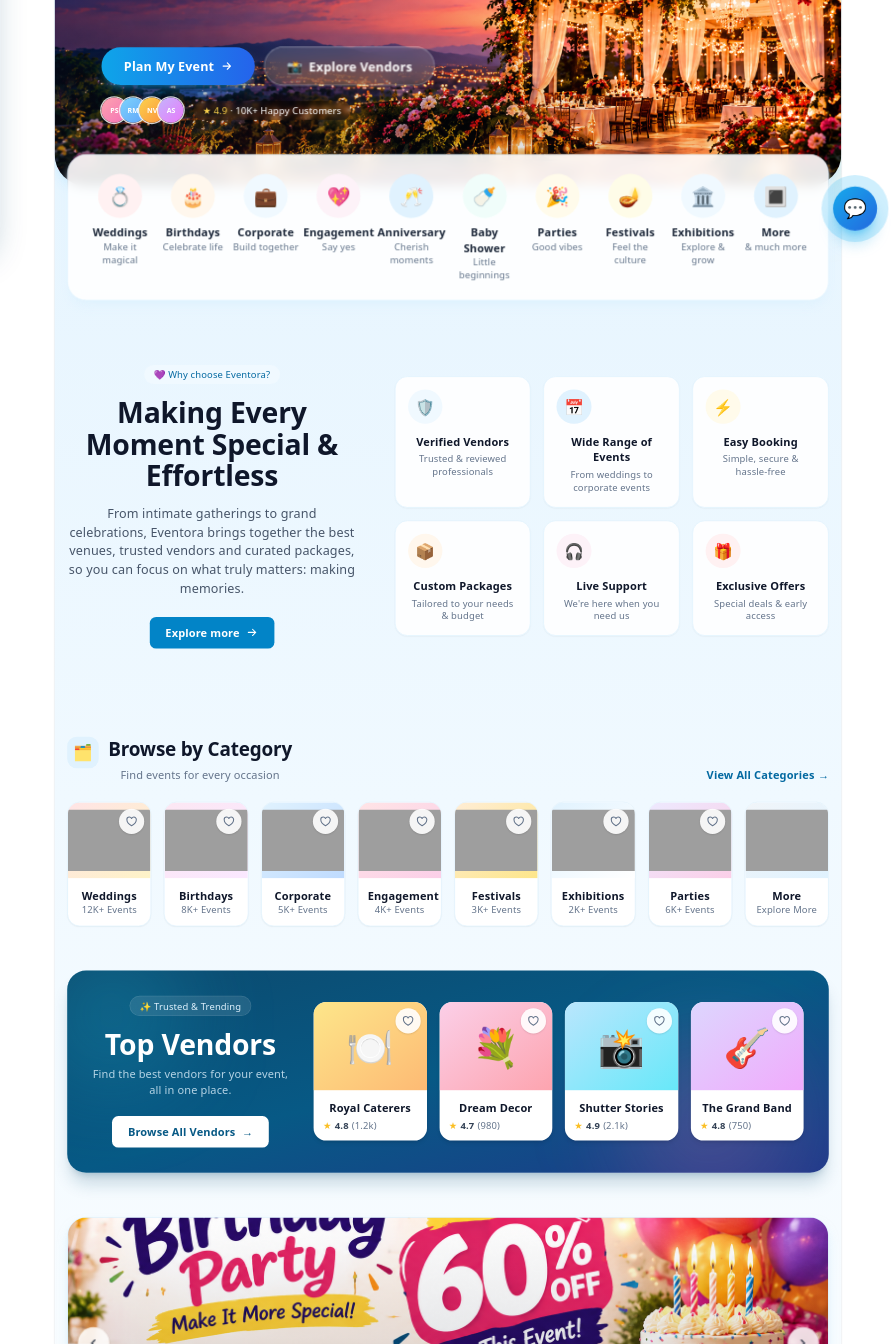
Repository: piyush-2416/Events_Handler
Page: / (app in frontend/)
An editor plug-in stored every save of this project. The page is shown before and after the next save, followed by the edit.
The browser window is 1280 px wide. The pictures show the part of the page from y = 368 to 2288 px (the page is 7429 px tall before and 4407 px after), at 70% of full size.
Pictures or frames that could not be fetched are drawn as grey boxes. The page's requests for data from a server got no answer. Some web libraries are served in a nearby version. The project was rebuilt for these pictures with package versions that can differ from the ones it lists, and the page was loaded fresh each time. No one was signed in, and anything a server would have sent is missing. Also part of the build but not shown: frontend/vite.config.js.

Above is the page before, as saved 2026-10-14 10:38:59.

### frontend/index.html
<!doctype html>
<html lang="en">
  <head>
    <meta charset="UTF-8" />
    <link rel="icon" type="image/svg+xml" href="/favicon.svg" />
    <meta name="viewport" content="width=device-width, initial-scale=1.0" />
    <title>Event_Handler</title>
  </head>
  <body>
    <div id="root"></div>
        <script src="https://cdn.tailwindcss.com"></script>

    <script type="module" src="/src/main.jsx"></script>
  </body>
</html>

### frontend/src/main.jsx
// import { StrictMode } from 'react'
// import { createRoot } from 'react-dom/client'
// import './index.css'
// import App from './App.jsx'

// createRoot(document.getElementById('root')).render(
//   <StrictMode>
//     <App />
//   </StrictMode>,
// )
import { StrictMode } from "react";
import { createRoot } from "react-dom/client";
import "./index.css";
import App from "./App.jsx";

createRoot(document.getElementById("root")).render(
  <StrictMode>
    <App />
  </StrictMode>
);

### frontend/src/index.css
:root {
  --text: #6b6375;
  --text-h: #08060d;
  --bg: #fff;
  --border: #e5e4e7;
  --code-bg: #f4f3ec;
  --accent: #aa3bff;
  --accent-bg: rgba(170, 59, 255, 0.1);
  --accent-border: rgba(170, 59, 255, 0.5);
  --social-bg: rgba(244, 243, 236, 0.5);
  --shadow:
    rgba(0, 0, 0, 0.1) 0 10px 15px -3px, rgba(0, 0, 0, 0.05) 0 4px 6px -2px;

  --sans: system-ui, 'Segoe UI', Roboto, sans-serif;
  --heading: system-ui, 'Segoe UI', Roboto, sans-serif;
  --mono: ui-monospace, Consolas, monospace;

  font: 18px/145% var(--sans);
  letter-spacing: 0.18px;
  color-scheme: light dark;
  color: var(--text);
  background: var(--bg);
  font-synthesis: none;
  text-rendering: optimizeLegibility;
  -webkit-font-smoothing: antialiased;
  -moz-osx-font-smoothing: grayscale;

  @media (max-width: 1024px) {
    font-size: 16px;
  }
}

@media (prefers-color-scheme: dark) {
  :root {
    --text: #9ca3af;
    --text-h: #f3f4f6;
    --bg: #16171d;
    --border: #2e303a;
    --code-bg: #1f2028;
    --accent: #c084fc;
    --accent-bg: rgba(192, 132, 252, 0.15);
    --accent-border: rgba(192, 132, 252, 0.5);
    --social-bg: rgba(47, 48, 58, 0.5);
    --shadow:
      rgba(0, 0, 0, 0.4) 0 10px 15px -3px, rgba(0, 0, 0, 0.25) 0 4px 6px -2px;
  }

  #social .button-icon {
    filter: invert(1) brightness(2);
  }
}

body {
  margin: 0;
}

#root {
  width: 1126px;
  max-width: 100%;
  margin: 0 auto;
  text-align: center;
  border-inline: 1px solid var(--border);
  min-height: 100svh;
  display: flex;
  flex-direction: column;
  box-sizing: border-box;
}

h1,
h2 {
  font-family: var(--heading);
  font-weight: 500;
  color: var(--text-h);
}

h1 {
  font-size: 56px;
  letter-spacing: -1.68px;
  margin: 32px 0;
  @media (max-width: 1024px) {
    font-size: 36px;
    margin: 20px 0;
  }
}
h2 {
  font-size: 24px;
  line-height: 118%;
  letter-spacing: -0.24px;
  margin: 0 0 8px;
  @media (max-width: 1024px) {
    font-size: 20px;
  }
}
p {
  margin: 0;
}

code,
.counter {
  font-family: var(--mono);
  display: inline-flex;
  border-radius: 4px;
  color: var(--text-h);
}

code {
  font-size: 15px;
  line-height: 135%;
  padding: 4px 8px;
  background: var(--code-bg);
}

### frontend/src/App.jsx
import Navbar from "./Components/Navbar";
import Footer from "./Components/Footer";
import ChatBot from "./Components/Chatbot";
import Home from "./Pages/Home";
import Events from "./Events";
import { links } from "./data";
import { BrowserRouter, Routes, Route } from "react-router-dom";

export default function App() {
  return (
    <>
          <BrowserRouter>
        <Routes>
                  <Route path="/" element={<Home />} />{" "}
           <Route path="/Navbar" element={<Navbar />} />{" "}
               <Route path="/Navbar" element={<Home />} />{" "}
           <Route path="/Navbar" element={<Footer />} />{" "}
           <Route path="/Navbar" element={<ChatBot />} />{" "}
             <Route path="/Navbar" element={<Events />} />{" "}
           </Routes>      </BrowserRouter>

  <Navbar/>
  <Home/><ChatBot/><Events/><Footer/>
    </>
  );
}

### frontend/src/Components/Footer.jsx
import { useState } from "react";
import { links, categories } from "../data";

/* =====================================================================
   NEW: FOOTER (CTA card + 4 columns + bottom bar)
   ===================================================================== */

/* Social links: href mein apne asli profile links daal dena */
const svgProps = { className: "h-5 w-5", fill: "none", stroke: "currentColor", strokeWidth: "1.8", strokeLinecap: "round", strokeLinejoin: "round", viewBox: "0 0 24 24" };
const socials = [
  {
    name: "Instagram",
    href: "https://instagram.com/",
    icon: (
      <svg {...svgProps}>
        <rect x="3" y="3" width="18" height="18" rx="5" />
        <circle cx="12" cy="12" r="4" />
        <circle cx="17.5" cy="6.5" r="1" fill="currentColor" />
      </svg>
    ),
  },
  {
    name: "Facebook",
    href: "https://facebook.com/",
    icon: (
      <svg {...svgProps}>
        <path d="M18 2h-3a5 5 0 0 0-5 5v3H7v4h3v8h4v-8h3l1-4h-4V7a1 1 0 0 1 1-1h3z" />
      </svg>
    ),
  },
  {
    name: "YouTube",
    href: "https://youtube.com/",
    icon: (
      <svg {...svgProps}>
        <path d="M2.5 17a24.1 24.1 0 0 1 0-10 2 2 0 0 1 1.4-1.4 49.6 49.6 0 0 1 16.2 0A2 2 0 0 1 21.5 7a24.1 24.1 0 0 1 0 10 2 2 0 0 1-1.4 1.4 49.6 49.6 0 0 1-16.2 0A2 2 0 0 1 2.5 17" />
        <path d="m10 15 5-3-5-3z" />
      </svg>
    ),
  },
  {
    name: "X (Twitter)",
    href: "https://x.com/",
    icon: (
      <svg {...svgProps}>
        <path d="M22 4s-.7 2.1-2 3.4c1.6 10-9.4 17.3-18 11.6 2.2.1 4.4-.6 6-2C3 15.5.5 9.6 3 5c2.2 2.6 5.6 4.1 9 4-.9-4.2 4-6.6 7-3.8 1.1 0 3-1.2 3-1.2z" />
      </svg>
    ),
  },
  {
    name: "LinkedIn",
    href: "https://linkedin.com/",
    icon: (
      <svg {...svgProps}>
        <path d="M16 8a6 6 0 0 1 6 6v7h-4v-7a2 2 0 0 0-2-2 2 2 0 0 0-2 2v7h-4v-7a6 6 0 0 1 6-6z" />
        <rect x="2" y="9" width="4" height="12" />
        <circle cx="4" cy="4" r="2" />
      </svg>
    ),
  },
  {
    name: "WhatsApp",
    href: "https://wa.me/",
    icon: (
      <svg {...svgProps}>
        <path d="M7.9 20A9 9 0 1 0 4 16.1L2 22z" />
      </svg>
    ),
  },
];

/* ---------- FOOTER ---------- */
export default function Footer() {
  const [email, setEmail] = useState("");
  const [subscribed, setSubscribed] = useState(false);

  const subscribe = (e) => {
    e.preventDefault();
    if (!email.trim()) return;
    // TODO: yahan apni newsletter API call jodni hai
    setSubscribed(true);
    setEmail("");
  };

  const linkClass =
    "inline-block text-sm text-sky-100/75 transition hover:translate-x-1 hover:text-white focus:outline-none focus-visible:text-white focus-visible:underline";
  const headingClass = "text-xs font-semibold uppercase tracking-widest text-sky-200";

  return (
    <footer className="relative pt-10">
      {/* CTA card: upar se footer par thoda overlap karta hai */}


      {/* Dark footer body */}
      <div className="relative bg-gradient-to-br from-sky-900 via-sky-800 to-blue-900 rounded-t-[2.5rem] overflow-hidden text-white">
        {/* glow decorations (TopVendors jaisi) */}
        <div aria-hidden="true" className="top-10 -left-16 absolute bg-cyan-400/15 blur-3xl rounded-full w-56 h-56 pointer-events-none" />
        <div aria-hidden="true" className="right-10 -bottom-20 absolute bg-pink-400/15 blur-3xl rounded-full w-64 h-64 pointer-events-none" />

        <div className="relative mx-auto px-4 pt-28 pb-6 max-w-6xl">
          <div className="gap-10 grid sm:grid-cols-2 lg:grid-cols-[2fr_1fr_1fr_1.6fr]">
            {/* Brand + newsletter */}
            <div>
              {/* Logo white card mein, taaki dark background par saaf dikhe */}
              <a href="#home" className="inline-flex items-center bg-white shadow-md px-3 py-1.5 rounded-xl">
                <img src="/Even_handler_Logo.png" alt="Eventora logo" className="w-auto h-12 object-contain" />
              </a>
              <p className="mt-4 max-w-xs text-sky-100/75 text-sm leading-relaxed">
                Plan weddings, birthdays, corporate events and more with verified vendors, all in one place.
              </p>

              <form onSubmit={subscribe} className="mt-6 max-w-sm">
                <label htmlFor="footer-email" className="font-medium text-sky-100/80 text-xs">
                  Get event tips &amp; offers in your inbox
                </label>
                <div className="flex gap-2 mt-2">
                  <input
                    id="footer-email"
                    type="email"
                    value={email}
                    onChange={(e) => { setEmail(e.target.value); setSubscribed(false); }}
                    placeholder="Your email"
                    required
                    className="flex-1 bg-white/10 px-3 py-2 rounded-lg focus:outline-none ring-1 ring-white/20 focus:ring-2 focus:ring-white min-w-0 text-white placeholder:text-sky-200/60 text-sm"
                  />
                  <button
                    type="submit"
                    className="bg-white hover:bg-sky-50 px-4 py-2 rounded-lg focus:outline-none focus-visible:ring-2 focus-visible:ring-white focus-visible:ring-offset-2 focus-visible:ring-offset-sky-900 font-semibold text-sky-800 text-sm transition"
                  >
                    Join
                  </button>
                </div>
                {subscribed && <p className="mt-2 text-emerald-300 text-xs" role="status">Thanks for subscribing! 🎉</p>}
              </form>
            </div>

            {/* Quick links (navbar ke links hi reuse hue hain) */}
            <nav aria-label="Quick links">
              <h3 className={headingClass}>Quick Links</h3>
              <ul className="space-y-2.5 mt-4">
                {links.map((l) => (
                  <li key={l.href}>
                    <a href={l.href} className={linkClass}>{l.label}</a>
                  </li>
                ))}
              </ul>
            </nav>

            {/* Events (categories ke pehle 6 naam) */}
            <nav aria-label="Event types">
              <h3 className={headingClass}>Events</h3>
              <ul className="space-y-2.5 mt-4">
                {categories.slice(0, 6).map((c) => (
                  <li key={c.name}>
                    <a href={`#${c.name.toLowerCase().replace(/\s+/g, "-")}`} className={linkClass}>{c.name}</a>
                  </li>
                ))}
              </ul>
            </nav>

            {/* Contact + social */}
            <div>
              <h3 className={headingClass}>Get in Touch</h3>
              {/* Neeche ki details apni asli details se badal dena */}
              <ul className="space-y-3 mt-4 text-sky-100/80 text-sm">
                <li className="flex items-center gap-3">
                  <span aria-hidden="true" className="flex justify-center items-center bg-white/10 rounded-full w-8 h-8 text-sm">📧</span>
                  <a href="mailto:hello@eventora.com" className="hover:text-white hover:underline">hello@eventora.com</a>
                </li>
                <li className="flex items-center gap-3">
                  <span aria-hidden="true" className="flex justify-center items-center bg-white/10 rounded-full w-8 h-8 text-sm">📞</span>
                  <a href="tel:+910000000000" className="hover:text-white hover:underline">+91 00000 00000</a>
                </li>
                <li className="flex items-center gap-3">
                  <span aria-hidden="true" className="flex justify-center items-center bg-white/10 rounded-full w-8 h-8 text-sm">📍</span>
                  <span>Your City, India</span>
                </li>
              </ul>

              <h3 className={`${headingClass} mt-6`}>Follow Us</h3>
              <ul className="flex flex-wrap gap-2 mt-3">
                {socials.map((so) => (
                  <li key={so.name}>
                    <a
                      href={so.href}
                      target="_blank"
                      rel="noopener noreferrer"
                      aria-label={so.name}
                      className="flex justify-center items-center bg-white/10 hover:bg-white rounded-full focus:outline-none ring-1 ring-white/20 focus-visible:ring-2 focus-visible:ring-white w-9 h-9 hover:text-sky-800 transition hover:-translate-y-1 duration-300"
                    >
                      {so.icon}
                    </a>
                  </li>
                ))}
              </ul>
            </div>
          </div>

          {/* Bottom bar */}
          <div className="flex sm:flex-row flex-col justify-between items-center gap-3 mt-10 pt-5 border-white/15 border-t text-sky-100/70 text-xs">
            <p>© {new Date().getFullYear()} Eventora. All rights reserved.</p>
            <ul className="flex items-center gap-4">
              <li><a href="#privacy" className="hover:text-white hover:underline">Privacy Policy</a></li>
              <li><a href="#terms" className="hover:text-white hover:underline">Terms of Service</a></li>
              <li><a href="#home" className="hover:text-white hover:underline">Back to top ↑</a></li>
            </ul>
          </div>
        </div>
      </div>
    </footer>
  );
}

### frontend/src/Events.jsx
import { useEffect, useState } from "react";
import api from "./api";

// Image toot jaye to gray box dikhe, page kharab na lage
const hideBrokenImage = (e) => {
  e.target.style.display = "none";
};

export default function Events() {
  // ---------- State ----------
  const [categories, setCategories] = useState([]);
  const [events, setEvents] = useState([]);
  const [activeCategory, setActiveCategory] = useState("all"); // "all" ya category slug
  const [loadingCats, setLoadingCats] = useState(true);
  const [loadingEvents, setLoadingEvents] = useState(true);
  const [error, setError] = useState("");

  // ---------- Categories ek baar fetch karo ----------
  useEffect(() => {
    api
      .get("/categories")
      .then((res) => setCategories(res.data))
      .catch(() => setError("Categories load nahi ho payi"))
      .finally(() => setLoadingCats(false));
  }, []);

  // ---------- Events: jab bhi category badle, dobara fetch ----------
  useEffect(() => {
    setLoadingEvents(true);
    const url =
      activeCategory === "all" ? "/events" : `/events?category=${activeCategory}`;

    api
      .get(url)
      .then((res) => setEvents(res.data))
      .catch(() => setError("Events load nahi ho paye"))
      .finally(() => setLoadingEvents(false));
  }, [activeCategory]);

  return (
    <div className="bg-gray-50 min-h-screen">
      {/* ================= CATEGORIES SECTION ================= */}
      <section className="mx-auto px-4 py-12 max-w-7xl">
        <h2 className="mb-2 font-bold text-3xl text-center">Event Categories</h2>
        <p className="mb-8 text-gray-500 text-center">
          Apni occasion chuno, baaki hum sambhal lenge
        </p>

        {error && <p className="mb-4 text-red-500 text-center">{error}</p>}
        {loadingCats && <p className="text-center">Loading...</p>}

        <div className="gap-4 grid grid-cols-2 md:grid-cols-3 lg:grid-cols-5">
          {categories.map((cat) => (
            <button
              key={cat.id}
              onClick={() => setActiveCategory(cat.slug)}
              className={`group text-left rounded-2xl overflow-hidden bg-white shadow-md hover:shadow-xl transition-all duration-300 border-2 ${
                activeCategory === cat.slug
                  ? "border-indigo-600"
                  : "border-transparent"
              }`}
            >
              <div className="bg-gray-200 h-32 overflow-hidden">
                <img
                  src={cat.image_url}
                  alt={cat.name}
                  onError={hideBrokenImage}
                  className="w-full h-full object-cover group-hover:scale-110 transition-transform duration-500"
                />
              </div>
              <div className="p-3">
                <h3 className="font-semibold">{cat.name}</h3>
                <p className="mt-1 text-gray-500 text-xs line-clamp-2">
                  {cat.description}
                </p>
                <p className="mt-2 font-medium text-indigo-600 text-sm">
                  From ₹{Number(cat.starting_price).toLocaleString("en-IN")}
                </p>
              </div>
            </button>
          ))}
        </div>
      </section>

      {/* ================= EVENTS SECTION ================= */}
      <section className="mx-auto px-4 pb-16 max-w-7xl">
        <div className="flex justify-between items-center mb-6">
          <h2 className="font-bold text-2xl">
            {activeCategory === "all"
              ? "All Events"
              : categories.find((c) => c.slug === activeCategory)?.name}
          </h2>

          {/* Filter clear karne ka button */}
          {activeCategory !== "all" && (
            <button
              onClick={() => setActiveCategory("all")}
              className="text-indigo-600 text-sm hover:underline"
            >
              Show all events
            </button>
          )}
        </div>

        {loadingEvents && <p className="py-10 text-center">Loading events...</p>}

        {!loadingEvents && events.length === 0 && (
          <p className="py-10 text-gray-500 text-center">
            Is category me abhi koi event nahi hai
          </p>
        )}

        <div className="gap-6 grid grid-cols-1 md:grid-cols-2 lg:grid-cols-3">
          {events.map((ev) => (
            <div
              key={ev.id}
              className="group bg-white shadow-md hover:shadow-xl rounded-2xl overflow-hidden transition-all duration-300"
            >
              {/* Image + badges */}
              <div className="relative bg-gray-200 h-52 overflow-hidden">
                <img
                  src={ev.image_url}
                  alt={ev.title}
                  onError={hideBrokenImage}
                  className="w-full h-full object-cover group-hover:scale-110 transition-transform duration-500"
                />
                <span className="top-3 left-3 absolute bg-indigo-600 px-3 py-1 rounded-full text-white text-xs">
                  {ev.category_name}
                </span>
                {ev.is_featured && (
                  <span className="top-3 right-3 absolute bg-yellow-400 px-3 py-1 rounded-full font-medium text-xs">
                    ⭐ Featured
                  </span>
                )}
              </div>

              {/* Details */}
              <div className="p-4">
                <h3 className="font-semibold text-lg">{ev.title}</h3>
                <p className="mt-1 text-gray-600 text-sm">
                  {ev.short_description}
                </p>

                <div className="flex justify-between mt-3 text-gray-500 text-sm">
                  <span>
                    👥 {ev.min_guests}-{ev.max_guests} guests
                  </span>
                  <span>⏱ {ev.duration_hours} hrs</span>
                </div>

                <div className="flex justify-between items-center mt-4">
                  <div>
                    <p className="font-bold text-indigo-600">
                      ₹{Number(ev.base_price).toLocaleString("en-IN")}
                    </p>
                    {ev.price_per_guest && (
                      <p className="text-gray-400 text-xs">
                        + ₹{Number(ev.price_per_guest).toLocaleString("en-IN")}/guest
                      </p>
                    )}
                  </div>
                  <button className="bg-indigo-600 hover:bg-indigo-700 px-4 py-2 rounded-lg text-white text-sm transition">
                    View Details
                  </button>
                </div>
              </div>
            </div>
          ))}
        </div>
      </section>
    </div>
  );
}

Loaded but not shown: frontend/src/data.js (26 lines, source omitted); frontend/src/api.js (8 lines, source omitted); frontend/src/Pages/Home.jsx (691 lines, source omitted); frontend/src/Components/Navbar.jsx (229 lines, source omitted); frontend/src/Components/Chatbot.jsx (202 lines, source omitted)

After the next save:
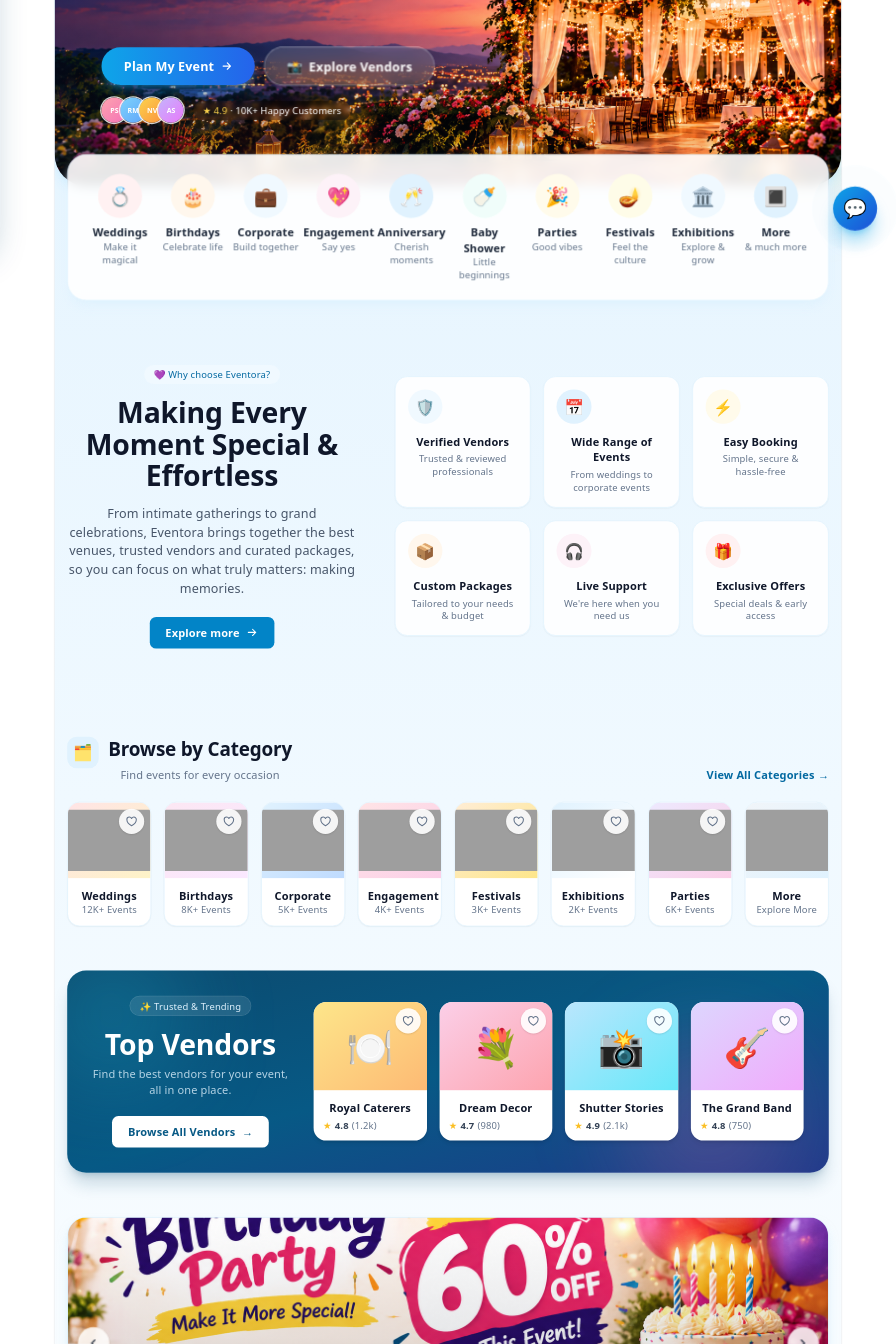
Saved 2 min 50 s later.
--- a/frontend/src/App.jsx
+++ b/frontend/src/App.jsx
@@ -10,14 +10,15 @@ export default function App() {
   return (
     <>
           <BrowserRouter>
-        <Routes>
+        {/* <Routes>
                   <Route path="/" element={<Home />} />{" "}
            <Route path="/Navbar" element={<Navbar />} />{" "}
                <Route path="/Navbar" element={<Home />} />{" "}
            <Route path="/Navbar" element={<Footer />} />{" "}
            <Route path="/Navbar" element={<ChatBot />} />{" "}
              <Route path="/Navbar" element={<Events />} />{" "}
-           </Routes>      </BrowserRouter>
+           </Routes>    */}
+              </BrowserRouter>
 
   <Navbar/>
   <Home/><ChatBot/><Events/><Footer/>
